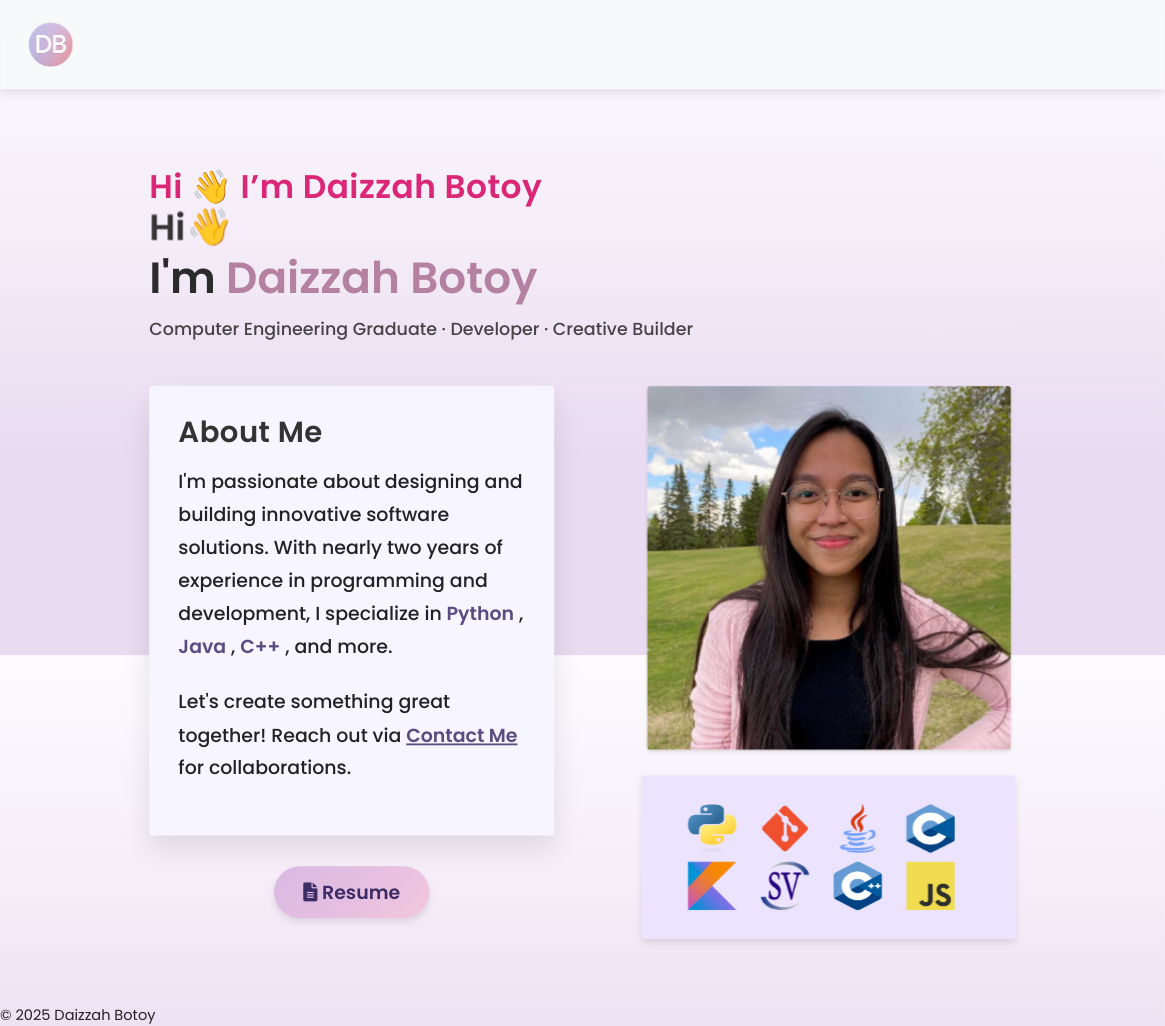
Repository: daizzah/daizzah-portfolio
Page: home.html
These files come from the project's save history. The page is drawn as it stood at one moment and after the next save; the edit follows.
The browser window is 1280 px wide. The pictures show the whole page, at 91% of full size.
Backgrounds fixed to the window are drawn as part of the page. Some web libraries are served in a nearby version.

Above is the page before, as saved 2025-04-01 23:36:33.
Not found: your-image.jpg

After the next save:
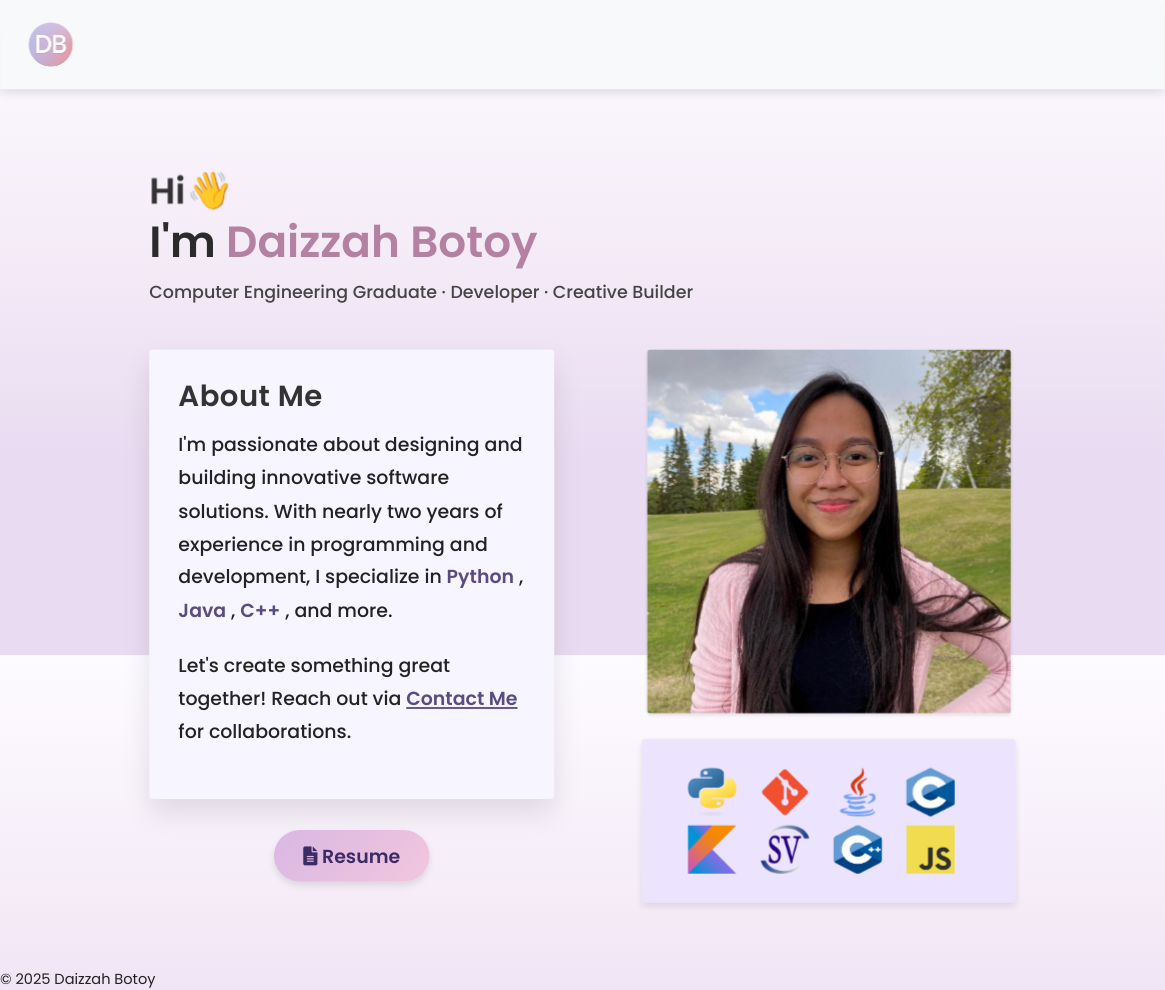
Saved 13 s later.
--- a/home.html
+++ b/home.html
@@ -53,8 +53,6 @@
                 <div class="title-container">
                     <div class="hero-left">
                         <div class="hero-lines">
-                            <h1 class="text-4xl font-bold text-pink-600">Hi 👋 I’m Daizzah Botoy</h1>
-
                           <div class="hero-hi roll-in">Hi<span class="wave">👋</span></div>
                           <div class="hero-name roll-in">I'm <span class="emphasized-name">Daizzah Botoy</span></div>
                         </div>
